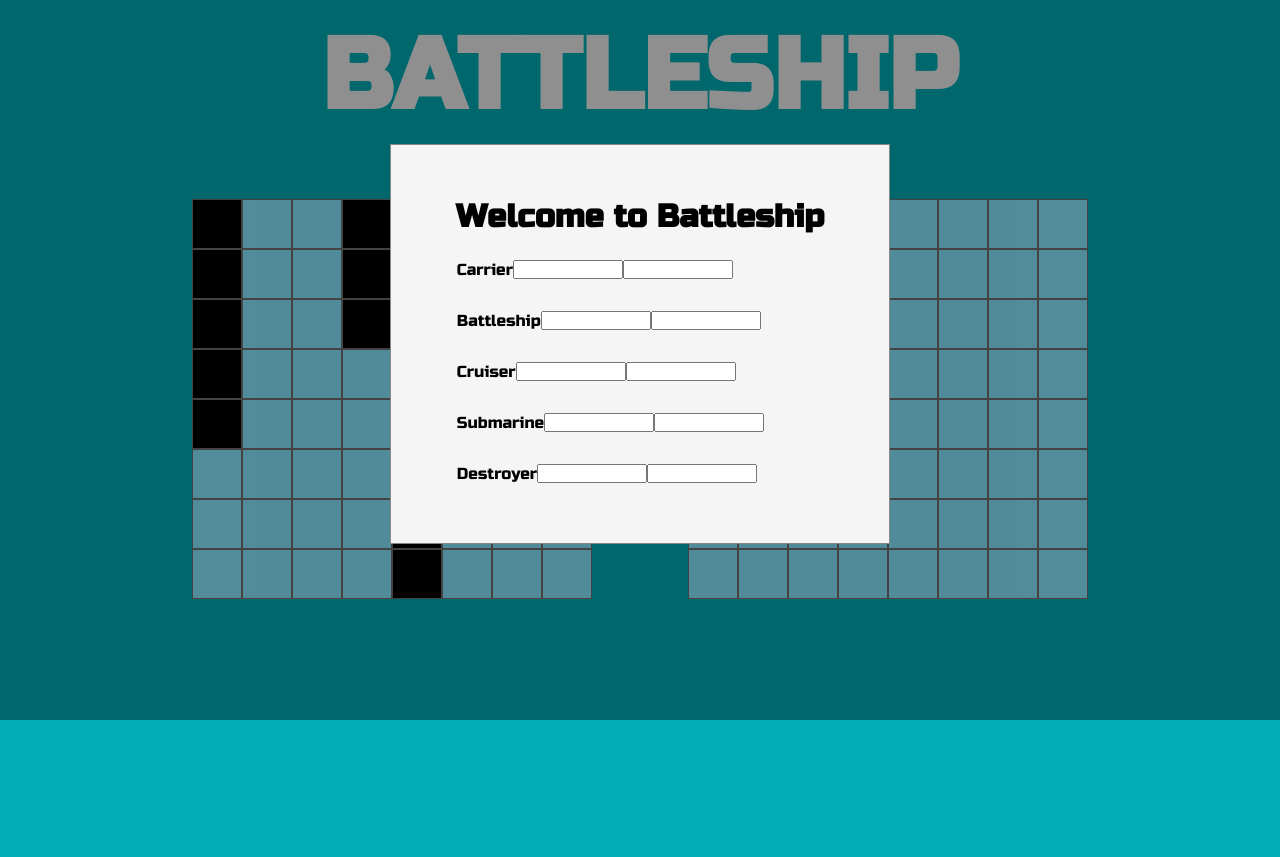
Repository: AzharMoosa/battleship
Page: /
These files come from the project's save history. The page is drawn as it stood at one moment and after the next save; the edit follows.
The browser window is 1280 px wide. The pictures show the whole page.
The project was rebuilt for these pictures with package versions that can differ from the ones it lists, and the page was loaded fresh each time.

Above is the page before, as saved 2020-07-09 10:13:10.

### src/App.js
import React from "react";
import Header from "./components/Header";
import Board from "./components/Board";
import { PlayersProvider } from "./context/PlayersContext";
import "./App.css";

function App() {
  return (
    <PlayersProvider>
      <div>
        <Header />
        <Board />
      </div>
    </PlayersProvider>
  );
}

export default App;

### src/components/Header.js
import React from "react";

const Header = () => {
  return (
    <div className='header'>
      <h1>Battleship</h1>
    </div>
  );
};

export default Header;

### src/components/Board.js
import React, { useState, Fragment } from "react";
import Square from "./Square";
import PlainSquare from "./PlainSquare";
import Player from "../functions/Player";
import Gameboard from "../functions/Gameboard";
import Overlay from "./Overlay";
import HitMiss from "./HitMiss";
import PlaceShip from "./PlaceShip";
import { v4 as uuidv4 } from "uuid";

const Board = () => {
  // eslint-disable-next-line
  const [player, setPlayer] = useState(Player(false));
  // eslint-disable-next-line
  const [computer, setComputer] = useState(Player(true));
  const [playerBoard, setPlayerBoard] = useState(Gameboard());
  const [computerBoard, setComputerBoard] = useState(Gameboard());
  const [playerTurn, setPlayerTurn] = useState(true);

  const getOutcome = (hit) => {
    let outcome = document.querySelector(".hit-miss-outcome");
    if (hit === true) {
      outcome.innerHTML = "Hit!";
    } else {
      outcome.innerHTML = "Miss!";
    }
  };

  const startGame = () => {
    playerBoard.placeShip(0, 0, player.ships[0], 1);
    playerBoard.placeShip(4, 4, player.ships[1], 1);
    playerBoard.placeShip(3, 0, player.ships[2], 1);
    playerBoard.placeShip(5, 0, player.ships[3], 1);
    playerBoard.placeShip(7, 0, player.ships[4], 1);

    computerBoard.placeShip(0, 0, computer.ships[0], 0);
    computerBoard.placeShip(4, 2, computer.ships[1], 0);
    computerBoard.placeShip(0, 3, computer.ships[2], 0);
    computerBoard.placeShip(3, 5, computer.ships[3], 0);
    computerBoard.placeShip(0, 7, computer.ships[4], 0);
  };

  const getBoardElm = (elm) => {
    if (elm !== "") {
      return "square ship";
    } else {
      return "square";
    }
  };

  const displayModal = (name) => {
    let modal = document.querySelector(".modal");
    let title = document.querySelector(".winner-name");
    let overlay = document.querySelector(".overlay");
    modal.style.display = "block";
    overlay.style.display = "none";
    if (name === "Computer") {
      title.innerHTML = "Computer Wins";
    } else if (name === "Player") {
      title.innerHTML = "Player Wins";
    }
  };

  const resetGame = () => {
    setPlayer(Player(false));
    setComputer(Player(true));
    setPlayerBoard(Gameboard());
    setComputerBoard(Gameboard());
    setPlayerTurn(true);
    let modal = document.querySelector(".modal");
    let overlay = document.querySelector(".overlay");
    let outcome = document.querySelector(".hit-miss-outcome");
    modal.style.display = "none";
    overlay.style.display = "grid";
    outcome.innerHTML = "";
  };

  const gameOver = () => {
    if (playerBoard.allShipSunk(player.ships)) {
      displayModal("Computer");
    } else if (computerBoard.allShipSunk(computer.ships)) {
      displayModal("Player");
    }
  };

  const attackComputer = (e) => {
    if (playerTurn === true) {
      let updatedBoard = computerBoard;
      // Get Coord
      let coords = e.target.id.split(",");
      let x = coords[1];
      let y = coords[0];
      player.attackEnemy(updatedBoard, parseInt(x), parseInt(y));
      if (computerBoard.grid[x][y] === "") {
        e.target.classList.add("ship-miss");
        getOutcome(false);
      } else {
        e.target.classList.add("ship-hit");
        getOutcome(true);
      }
      setComputerBoard(updatedBoard);
      setPlayerTurn(false);
    }
    computerTurn();
  };

  const computerTurn = () => {
    if (playerTurn === true) {
      let updatedBoard = playerBoard;
      let randomCoords = computer.getRandomCoords();
      let square = document.getElementById(randomCoords);
      let coords = randomCoords.split(",");
      let x = coords[1];
      let y = coords[0];
      computer.computerAttack(updatedBoard, x, y);
      if (playerBoard.grid[x][y] === "") {
        square.classList.add("ship-miss");
      } else {
        square.classList.add("ship-hit");
      }
      gameOver();
      setPlayerBoard(updatedBoard);
      setPlayerTurn(true);
    }
  };

  return (
    <Fragment>
      <PlaceShip />
      <div className='container'>
        <HitMiss />
        <div className='game-boards'>
          {startGame()}
          <div className='game-board'>
            {playerBoard.grid.map((col, j) =>
              col.map((elm, i) => (
                <Square
                  key={uuidv4()}
                  elm={elm}
                  getBoardElm={getBoardElm}
                  id={`${i},${j}`}
                />
              ))
            )}
          </div>

          <div className='comp'>
            <div className='game-board comp-board'>
              {computerBoard.grid.map((col, j) =>
                col.map((elm, i) => (
                  <Square
                    key={uuidv4()}
                    elm={elm}
                    getBoardElm={getBoardElm}
                    attackComputer={attackComputer}
                    id={`${i},${j}`}
                  />
                ))
              )}
            </div>
            <div className='overlay game-board'>
              {computerBoard.grid.map((col, j) =>
                col.map((elm, i) => <PlainSquare key={uuidv4()} />)
              )}
            </div>
          </div>
        </div>
        <Overlay resetGame={resetGame} />
      </div>
    </Fragment>
  );
};

export default Board;

### src/context/PlayersContext.js
import React, { useState, createContext } from "react";
import Player from "../functions/Player";
import Gameboard from "../functions/Gameboard";

export const PlayersContext = createContext();

export const PlayersProvider = (props) => {
  const [players, usePlayers] = useState([
    // Player
    {
      player: Player(false),
      board: Gameboard(),
    },
    // Computer
    {
      player: Player(true),
      board: Gameboard(),
    },
  ]);

  return (
    <PlayersContext.Provider value={[players, usePlayers]}>
      {props.children}
    </PlayersContext.Provider>
  );
};

### src/App.css
@import url("https://fonts.googleapis.com/css2?family=Russo+One&display=swap");

:root {
  --bg-primary: #00adb5;
  --bg-light: #eeeeee;
  --bg-dark: #222831;
}

* {
  margin: 0;
  padding: 0;
  box-sizing: border-box;
}

body {
  font-family: "Russo One", sans-serif;
  background-color: var(--bg-primary);
}

.header {
  text-align: center;
}

.header h1 {
  color: var(--bg-light);
  font-size: 100px;
  text-transform: uppercase;
  margin-top: 1rem;
}

.game-boards {
  display: flex;
  align-items: center;
  justify-content: space-between;
  width: 70%;
  height: 55vh;
  margin: 3rem auto;
}

.game-board {
  display: grid;
  grid-template-columns: repeat(8, 1fr);
  width: 400px;
  height: 400px;
}

.square {
  border: 1px solid #707070;
  background-color: rgb(136, 231, 255);
  width: 50px;
  height: 50px;
  pointer-events: auto !important;
  cursor: pointer;
}

.plain-square {
  border: 1px solid #707070;
  background-color: rgb(136, 231, 255);
  width: 50px;
  height: 50px;
  pointer-events: none !important;
  cursor: pointer;
}

.ship {
  background-color: #000;
}

.ship-hit {
  background-color: rgb(255, 77, 77) !important;
  pointer-events: none !important;
}

.ship-miss {
  background-color: #fff !important;
  pointer-events: none !important;
}

.comp {
  display: grid;
}

.comp-board,
.overlay {
  grid-area: 1 / 1;
}

.container {
  display: flex;
  flex-direction: column;
  height: 100vh;
}

.overlay {
  pointer-events: none;
}

.start {
  /* display: none; */
  position: fixed;
  z-index: 1;
  left: 0;
  top: 0;
  width: 100%;
  height: 100%;
  background-color: rgb(0, 0, 0);
  background-color: rgba(0, 0, 0, 0.4);
}

.start-content {
  background-color: #f5f5f5;
  margin: 20vh auto;
  padding: 20px;
  border: 1px solid #888;
  width: 500px;
  height: 400px;
  display: flex;
  flex-direction: column;
  align-items: center;
  justify-content: center;
}

.coord-inputs {
  display: flex;
  align-items: center;
  width: 80%;
  margin-top: 1rem;
}

.coord-input {
  margin: 0.5rem 0;
  width: 30%;
}

.modal {
  display: none;
  position: fixed;
  z-index: 1;
  left: 0;
  top: 0;
  width: 100%;
  height: 100%;
  background-color: rgb(0, 0, 0);
  background-color: rgba(0, 0, 0, 0.4);
}

.modal-content-results {
  background-color: #f5f5f5;
  margin: 30vh auto;
  padding: 20px;
  border: 1px solid #888;
  width: 400px;
  height: 200px;
  display: flex;
  flex-direction: column;
  align-items: center;
  justify-content: center;
}

.winner-name {
  text-align: center;
  margin-bottom: 2rem;
  font-size: 40px;
}

.btn-primary {
  background-color: var(--bg-dark);
  color: #fff;
  width: 150px;
  height: 50px;
  font-size: 20px;
  border: none;
  outline: none;
  font-family: "Russo One", sans-serif;
  border-radius: 20px;
  cursor: pointer;
}

.hit-miss {
  display: flex;
  align-items: center;
  justify-content: center;
  margin-top: 1rem;
}

.hit-miss-outcome {
  color: #fff;
  font-size: 50px;
}

@media (min-width: 1700px) {
  .game-boards {
    height: 70vh;
    width: 80%;
  }

  .game-board {
    width: 650px;
    height: 650px;
  }

  .square,
  .plain-square {
    width: 81.25px;
    height: 81.25px;
  }
}

@media (max-width: 1200px) {
  .game-boards {
    height: 70vh;
    width: 80%;
    display: flex;
    flex-direction: column;
  }

  .game-board {
    width: 500px;
    height: 500px;
  }

  .comp {
    margin-top: 3rem;
  }

  .square,
  .plain-square {
    width: 62.5px;
    height: 62.5px;
  }
}

@media (max-width: 768px) {
  .header h1 {
    font-size: 60px;
  }

  .game-boards {
    width: 80%;
    display: flex;
    flex-direction: column;
  }

  .game-board {
    width: 400px;
    height: 400px;
  }

  .comp {
    margin-top: 3rem;
  }

  .square,
  .plain-square {
    width: 50px;
    height: 50px;
  }
}

@media (max-width: 414px) {
  .header h1 {
    font-size: 40px;
  }

  .game-boards {
    width: 70%;
    display: flex;
    flex-direction: column;
  }

  .game-board {
    width: 300px;
    height: 300px;
  }

  .comp {
    margin-top: 3rem;
  }

  .square,
  .plain-square {
    width: 37.5px;
    height: 37.5px;
  }

  .modal-content-results {
    width: 300px;
  }

  .winner-name {
    font-size: 35px;
  }

  .btn-primary {
    background-color: var(--bg-dark);
    color: #fff;
    width: 150px;
    height: 50px;
    font-size: 20px;
    border: none;
    outline: none;
    font-family: "Russo One", sans-serif;
    border-radius: 20px;
    cursor: pointer;
  }
}

@media (max-width: 375px) {
  .header h1 {
    font-size: 35px;
  }

  .game-boards {
    width: 70%;
    display: flex;
    flex-direction: column;
  }

  .game-board {
    width: 280px;
    height: 280px;
  }

  .comp {
    margin-top: 3rem;
  }

  .square,
  .plain-square {
    width: 35px;
    height: 35px;
  }
}

@media (max-width: 320px) {
  .modal-content-results {
    width: 250px;
  }

  .winner-name {
    font-size: 30px;
  }
}

### src/components/Square.js
import React from "react";

const Square = ({ elm, attackComputer, getBoardElm, id }) => {
  return (
    <div className={getBoardElm(elm)} id={id} onClick={attackComputer}></div>
  );
};

export default Square;

### src/components/PlainSquare.js
import React from "react";

const PlainSquare = () => {
  return <div className='plain-square'></div>;
};

export default PlainSquare;

### src/functions/Player.js
import Ship from "./Ship";

const Player = (ai) => {
  let previousShots = [];

  // Create Ships
  let carrier = Ship("Carrier", 5);
  let battleship = Ship("Battleship", 4);
  let cruiser = Ship("Cruiser", 3);
  let submarine = Ship("Submarine", 3);
  let destroyer = Ship("Destroyer", 2);
  let ships = [carrier, battleship, cruiser, submarine, destroyer];

  const attackEnemy = (enemyBoard, x, y) => {
    if (!previousShots.includes([x, y])) {
      enemyBoard.receiveAttack(x, y);
      previousShots.push([parseInt(x), parseInt(y)]);
      return true;
    }
    return false;
  };

  const checkCoord = (x, y) => {
    previousShots.forEach((coords) => {
      if (
        parseInt(coords[1]) === parseInt(x) &&
        parseInt(coords[0]) === parseInt(y)
      ) {
        return true;
      }
    });
    return false;
  };

  const getRandomCoords = (gameboard) => {
    let maximum = 7;
    let minimum = 0;
    let x = 0;
    let y = 0;

    do {
      x = Math.floor(Math.random() * (maximum - minimum + 1)) + minimum;
      y = Math.floor(Math.random() * (maximum - minimum + 1)) + minimum;
    } while (checkCoord(x, y));
    return `${x},${y}`;
  };

  const computerAttack = (enemyBoard, x, y) => {
    enemyBoard.receiveAttack(x, y);
    previousShots.push([x, y]);
  };

  return { previousShots, ships, attackEnemy, computerAttack, getRandomCoords };
};

export default Player;

### src/functions/Gameboard.js
const Gameboard = () => {
  let previousShots = [];
  const grid = new Array(8).fill("");
  for (let i = 0; i < grid.length; i++) {
    grid[i] = new Array(8).fill("");
  }

  const getGrid = () => {
    return grid;
  };

  const getPreviousShots = () => {
    return previousShots;
  };

  const placeShip = (x, y, ship, orientation) => {
    // Horizontal Orientation = 0
    // Vertical Orientation = 1

    // Check If Ship Fits
    let shipLength = ship.length;

    if (orientation === 0) {
      for (let i = x; i < x + ship.length; i++) {
        if (grid[y][i] !== "" || x + shipLength > 8) {
          return false;
        }
        grid[y][i] = ship;
        ship.setShipCoords(y, i);
      }
    } else if (orientation === 1) {
      for (let i = y; i < y + ship.length; i++) {
        if (grid[i][x] !== "" || y + shipLength > 8) {
          return false;
        }
        grid[i][x] = ship;
        ship.setShipCoords(i, x);
      }
    }
    return true;
  };

  const flatten = (arr) => {
    return arr.join(" |-| ");
  };

  const receiveAttack = (x, y) => {
    // Check if ship is at position
    if (grid[x][y] !== "") {
      let ship = grid[x][y];
      let shipCoords = ship.getShipCoords();
      let arrSearch = shipCoords.map((row) => {
        return flatten(row);
      });
      let pos = arrSearch.indexOf(flatten([x, y]));
      if (!ship.isHit(pos)) {
        ship.hit(pos);
        return true;
      }
    }
    previousShots.push([x, y]);
    return false;
  };

  const allShipSunk = (ships) => {
    for (let i = 0; i < ships.length; i++) {
      if (!ships[i].isSunk()) {
        return false;
      }
    }

    return true;
  };

  return {
    grid,
    previousShots,
    getGrid,
    placeShip,
    receiveAttack,
    getPreviousShots,
    allShipSunk,
  };
};

export default Gameboard;

### src/components/Overlay.js
import React from "react";

const Overlay = ({ resetGame }) => {
  return (
    <div className='modal'>
      <div className='modal-content-results'>
        <h1 className='winner-name'>Player Wins</h1>
        <button className='btn-primary' onClick={resetGame}>
          Restart
        </button>
      </div>
    </div>
  );
};

export default Overlay;

### src/components/HitMiss.js
import React from "react";

const HitMiss = () => {
  return (
    <div className='hit-miss'>
      <h1 className='hit-miss-outcome'>{}</h1>
    </div>
  );
};

export default HitMiss;

### src/components/PlaceShip.js
import React, { useState } from "react";

const PlaceShip = () => {
  const [carrierX, setCarrierX] = useState("");
  const [carrierY, setCarrierY] = useState("");
  const [battleshipX, setBattleshipX] = useState("");
  const [battleshipY, setBattleshipY] = useState("");
  const [cruiserX, setCruiserX] = useState("");
  const [cruiserY, setCruiserY] = useState("");
  const [submarineX, setSubmarineX] = useState("");
  const [submarineY, setSubmarineY] = useState("");
  const [destroyerX, setDestroyerX] = useState("");
  const [destroyerY, setDestroyerY] = useState("");

  return (
    <div className='start'>
      <div className='start-content'>
        <h1>Welcome to Battleship</h1>
        <div className='coord-inputs'>
          <label htmlFor='carrier'>Carrier</label>
          <input
            type='text'
            onChange={(e) => setCarrierX(e.target.value)}
            className='coord-input'
          />
          <input
            type='text'
            onChange={(e) => setCarrierY(e.target.value)}
            className='coord-input'
          />
        </div>
        <div className='coord-inputs'>
          <label htmlFor='battleship'>Battleship</label>
          <input
            type='text'
            onChange={(e) => setBattleshipX(e.target.value)}
            className='coord-input'
          />
          <input
            type='text'
            onChange={(e) => setBattleshipY(e.target.value)}
            className='coord-input'
          />
        </div>
        <div className='coord-inputs'>
          <label htmlFor='cruiser'>Cruiser</label>
          <input
            type='text'
            onChange={(e) => setCruiserX(e.target.value)}
            className='coord-input'
          />
          <input
            type='text'
            onChange={(e) => setCruiserY(e.target.value)}
            className='coord-input'
          />
        </div>
        <div className='coord-inputs'>
          <label htmlFor='submarine'>Submarine</label>
          <input
            type='text'
            onChange={(e) => setSubmarineX(e.target.value)}
            className='coord-input'
          />
          <input
            type='text'
            onChange={(e) => setSubmarineY(e.target.value)}
            className='coord-input'
          />
        </div>
        <div className='coord-inputs'>
          <label htmlFor='destroyer'>Destroyer</label>
          <input
            type='text'
            onChange={(e) => setDestroyerX(e.target.value)}
            className='coord-input'
          />
          <input
            type='text'
            onChange={(e) => setDestroyerY(e.target.value)}
            className='coord-input'
          />
        </div>
      </div>
    </div>
  );
};

export default PlaceShip;

### src/functions/Ship.js
const Ship = (name, length) => {
  // Fills ship with false
  const ship = new Array(length).fill(false);
  let shipCoords = [];

  // Hit
  const hit = (pos) => (ship[pos] = true);

  // If Ship Sunk
  const isSunk = () => {
    return ship.every((v) => v === true);
  };

  const isHit = (pos) => {
    return ship[pos] === true ? true : false;
  };

  // Returns ship
  const getShip = () => {
    return ship;
  };

  const setShipCoords = (x, y) => {
    shipCoords.push([x, y]);
  };

  const getShipCoords = () => {
    return shipCoords;
  };

  return {
    name,
    ship,
    length,
    hit,
    isSunk,
    isHit,
    getShip,
    setShipCoords,
    getShipCoords,
  };
};

export default Ship;

Loaded but not shown: public/index.html (common file); src/index.js (common file)

After the next save:
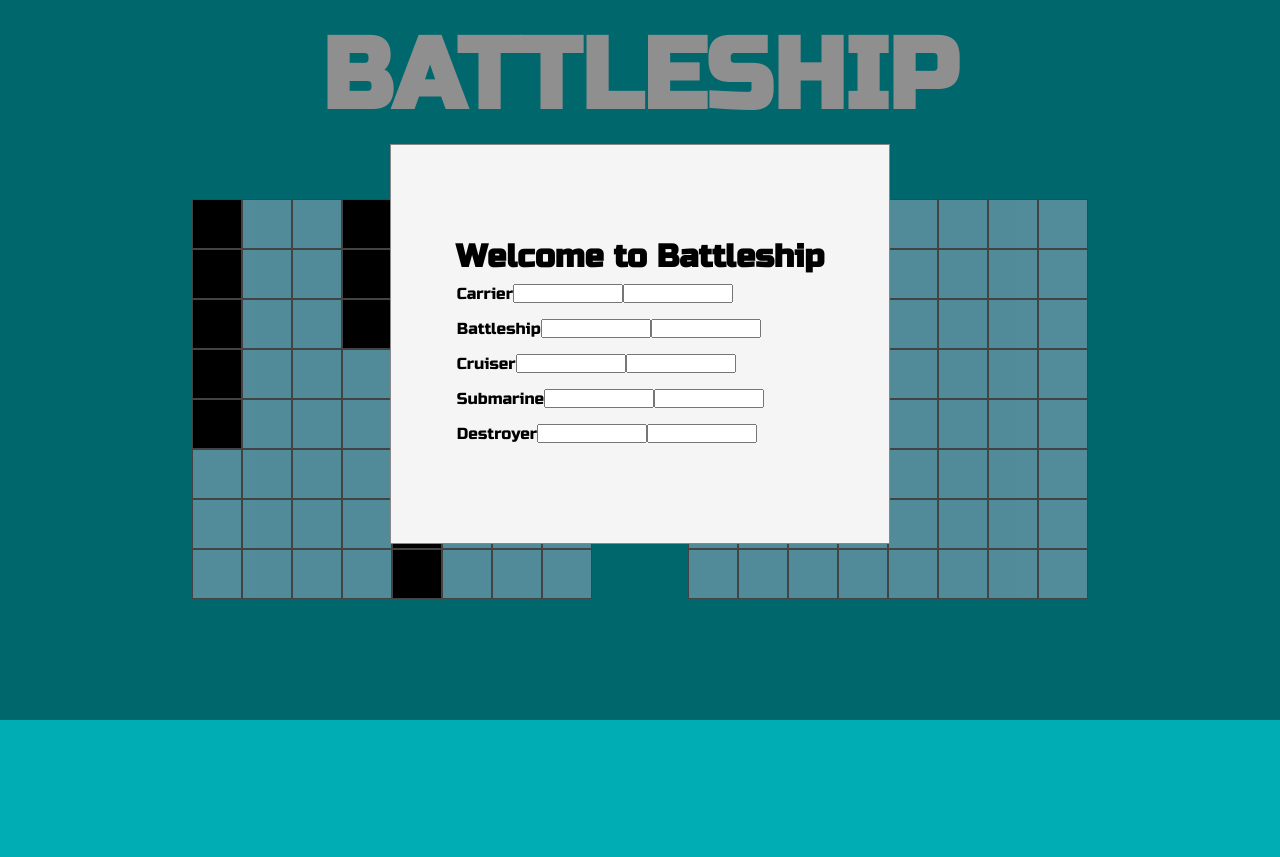
Saved 9 s later.
--- a/src/App.css
+++ b/src/App.css
@@ -124,7 +124,7 @@ body {
   display: flex;
   align-items: center;
   width: 80%;
-  margin-top: 1rem;
+  margin-top: 1rem 0.5rem;
 }
 
 .coord-input {
